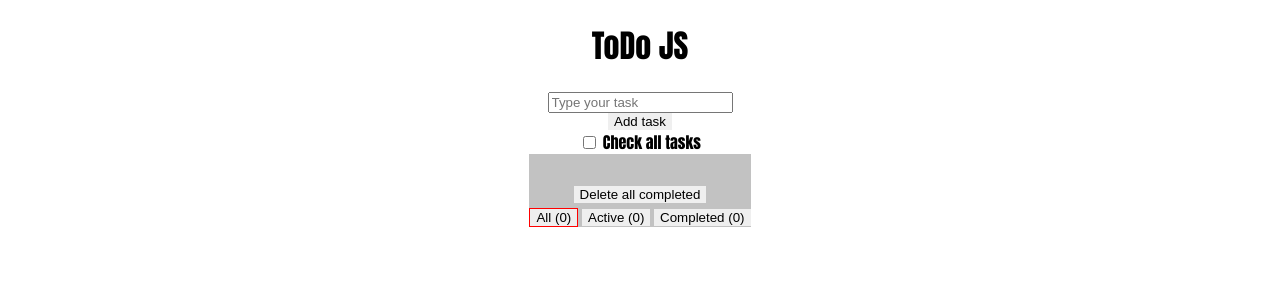
Repository: mklyagin/klyagin_todojs
Page: index.html
These files come from the project's save history. The page is drawn as it stood at one moment and after the next save; the edit follows.
The browser window is 1280 px wide. The pictures show the whole page.

Above is the page before, as saved 2024-02-27 15:49:01.

After the next save:
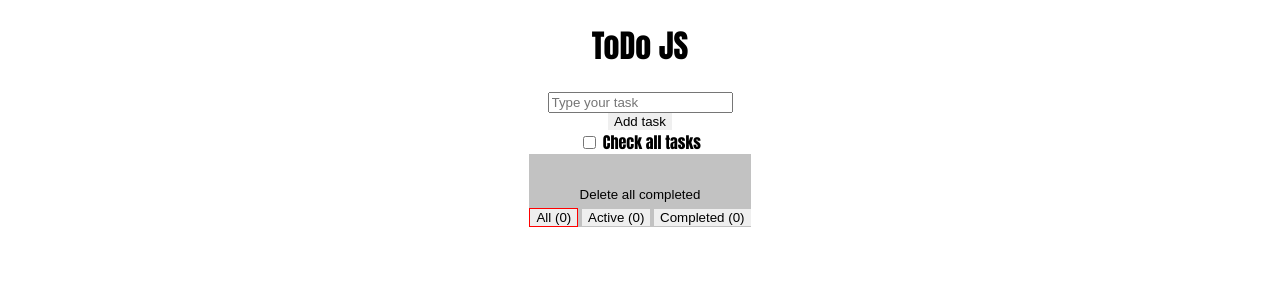
Saved 117 s later.
--- a/style.css
+++ b/style.css
@@ -24,6 +24,10 @@ button {
   background: #c2c2c2;
 }
 
+.task-functions > button {
+  background-color: inherit;
+}
+
 .hidden-element {
   display: none;
 }
